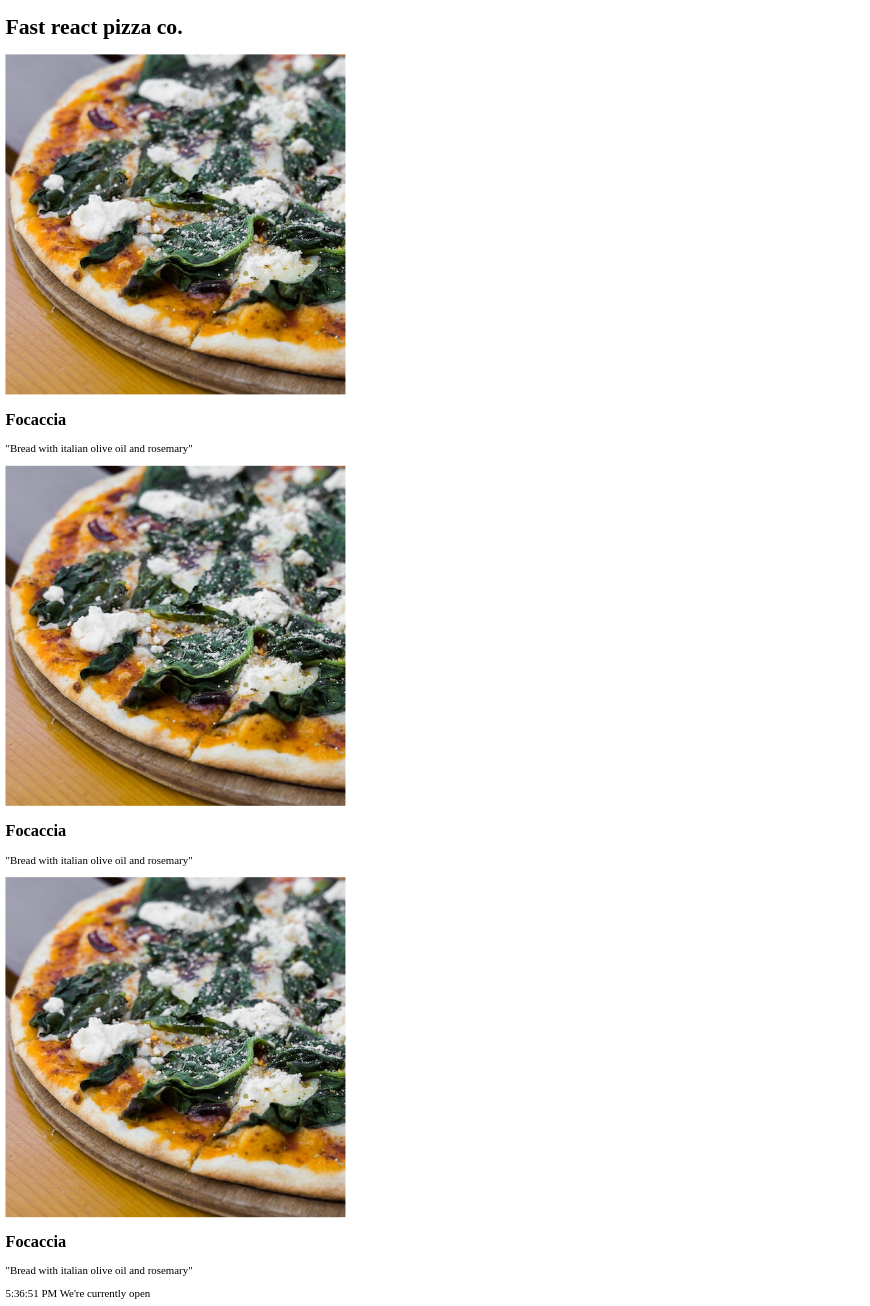
Repository: ahmedharidy/First-React-App
Page: /
An editor plug-in stored every save of this project. The page is shown before and after the next save, followed by the edit.
The browser window is 1280 px wide. The pictures show the whole page, at 68% of full size.
The project was rebuilt for these pictures with package versions that can differ from the ones it lists, and the page was loaded fresh each time.

Above is the page before, as saved 2026-09-22 08:42:51.

### src/index.js
import React from "react";
import ReactDOM from "react-dom/client";

const pizzaData = [
  {
    name: "Focaccia",
    ingredients: "Bread with italian olive oil and rosemary",
    price: 6,
    photoName: "pizzas/focaccia.jpg",
    soldOut: false,
  },
  {
    name: "Pizza Margherita",
    ingredients: "Tomato and mozarella",
    price: 10,
    photoName: "pizzas/margherita.jpg",
    soldOut: false,
  },
  {
    name: "Pizza Spinaci",
    ingredients: "Tomato, mozarella, spinach, and ricotta cheese",
    price: 12,
    photoName: "pizzas/spinaci.jpg",
    soldOut: false,
  },
  {
    name: "Pizza Funghi",
    ingredients: "Tomato, mozarella, mushrooms, and onion",
    price: 12,
    photoName: "pizzas/funghi.jpg",
    soldOut: false,
  },
  {
    name: "Pizza Salamino",
    ingredients: "Tomato, mozarella, and pepperoni",
    price: 15,
    photoName: "pizzas/salamino.jpg",
    soldOut: true,
  },
  {
    name: "Pizza Prosciutto",
    ingredients: "Tomato, mozarella, ham, aragula, and burrata cheese",
    price: 18,
    photoName: "pizzas/prosciutto.jpg",
    soldOut: false,
  },
];
function App() {
  return (
    <div>
      <Header />
      <Pizza />
      <Pizza />
      <Pizza />
      <Footer />
    </div>
  );
}

function Pizza() {
  return (
    <div>
      <img src="pizzas/spinaci.jpg" alt="alt"></img>
      <h2>Focaccia</h2>
      <p>"Bread with italian olive oil and rosemary"</p>
    </div>
  );
}

function Header() {
  return <h1>Fast react pizza co.</h1>;
}
function Menu() {
  return (
    <div>
      <h2>Our menu</h2>
      <Pizza />
      <Pizza />
      <Pizza />
    </div>
  );
}
function Footer() {
  return (
    <footer>{new Date().toLocaleTimeString()} We're currently open</footer>
  );
  //   return React.createElement("footer", null, "we're currently open");
}

const root = ReactDOM.createRoot(document.getElementById("root"));

root.render(<App />);

Loaded but not shown: public/index.html (common file)

After the next save:
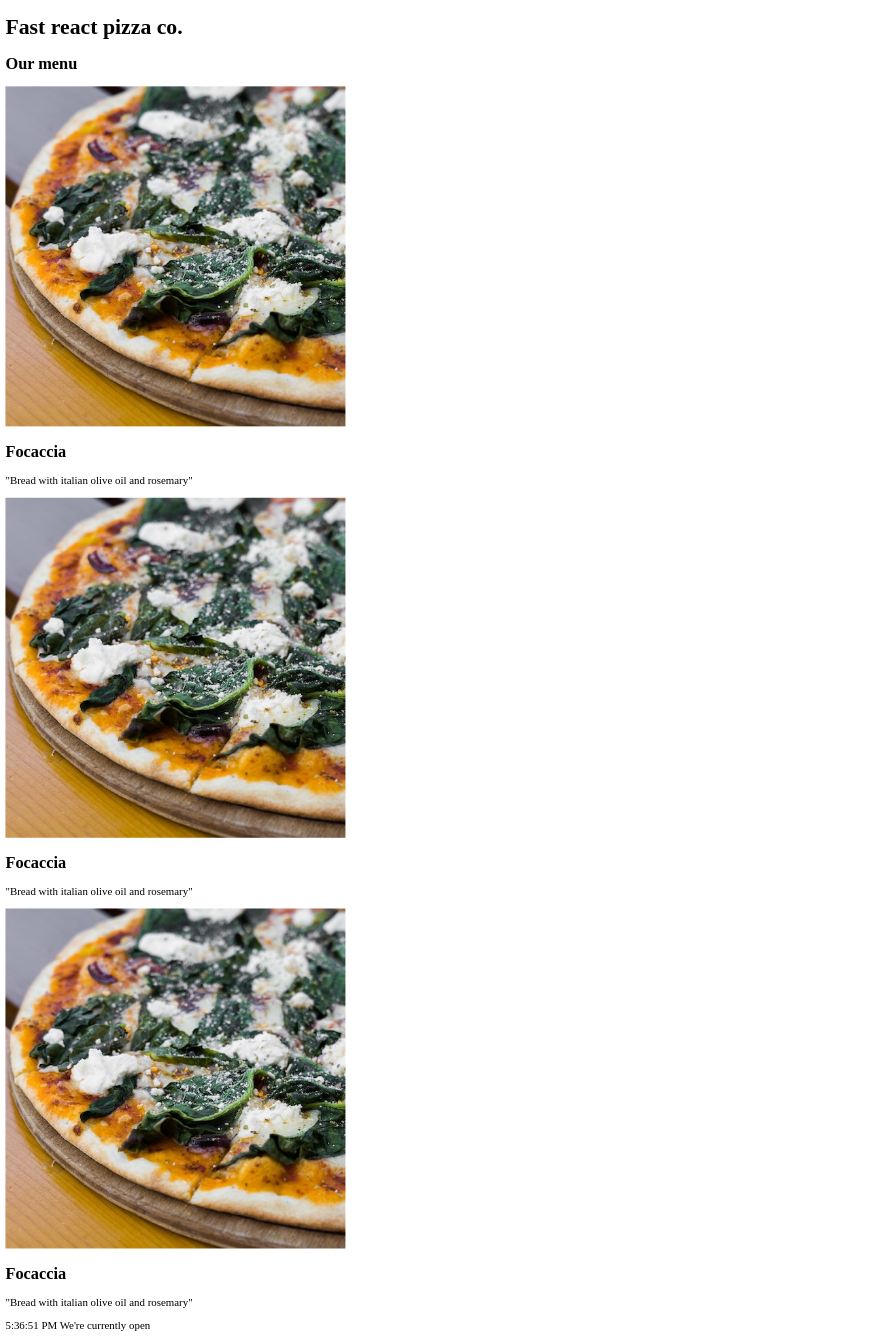
Saved 21 s later.
--- a/src/index.js
+++ b/src/index.js
@@ -49,9 +49,7 @@ function App() {
   return (
     <div>
       <Header />
-      <Pizza />
-      <Pizza />
-      <Pizza />
+      <Menu />
       <Footer />
     </div>
   );
